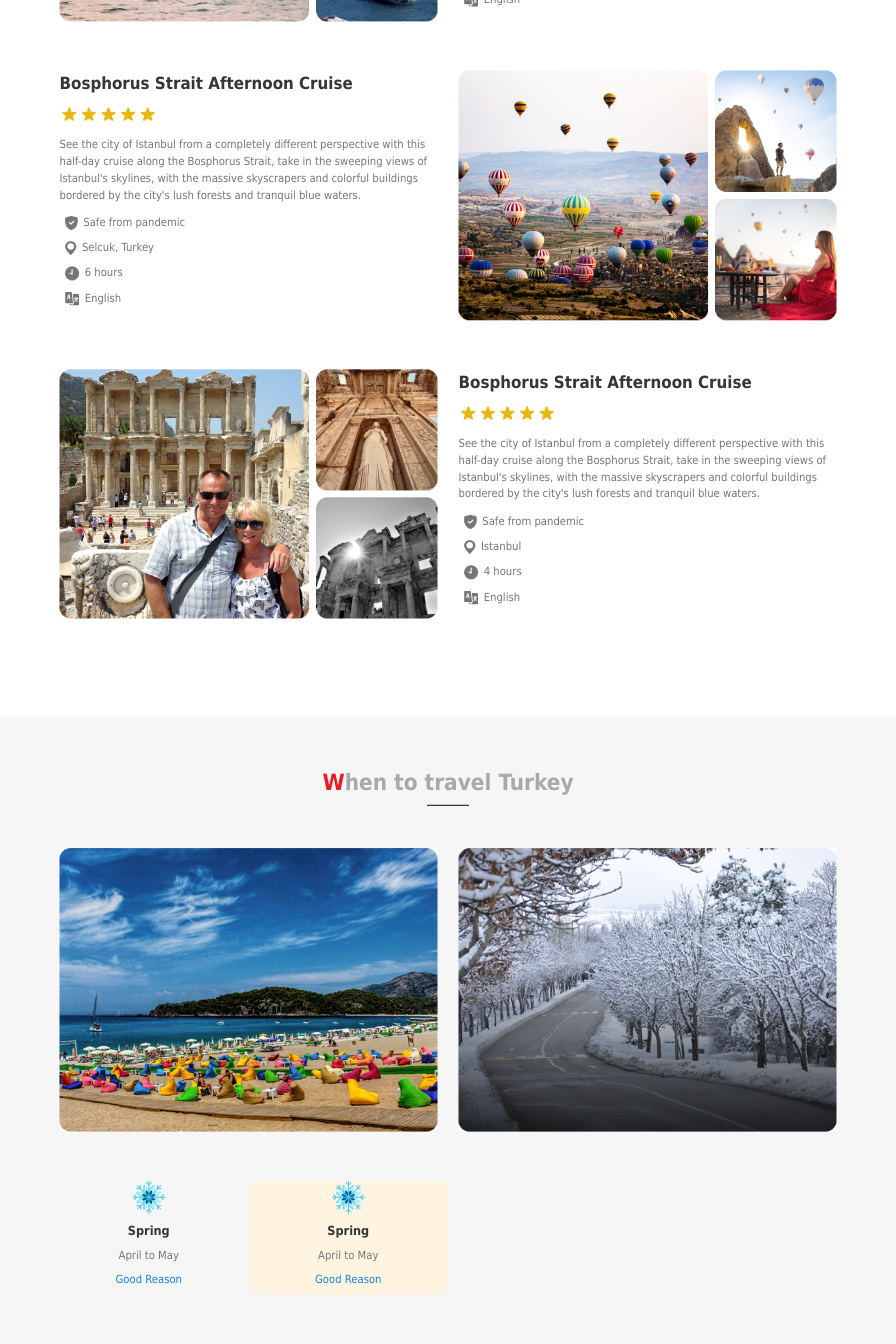
Repository: cvminhquan/turkey
Page: index.html
The author's editor kept a copy of each file at every save. The page is drawn from the files as they stood at one save, then again after the next save.
The browser window is 1280 px wide. The pictures show the part of the page from y = 1841 to 3761 px (the page is 3761 px tall), at 70% of full size.
The style sheet was rebuilt from its Sass, Less or Tailwind sources for each picture, by a compiler version that may differ from the author's.

Above is the page before, as saved 2022-09-15 19:58:10.

After the next save:
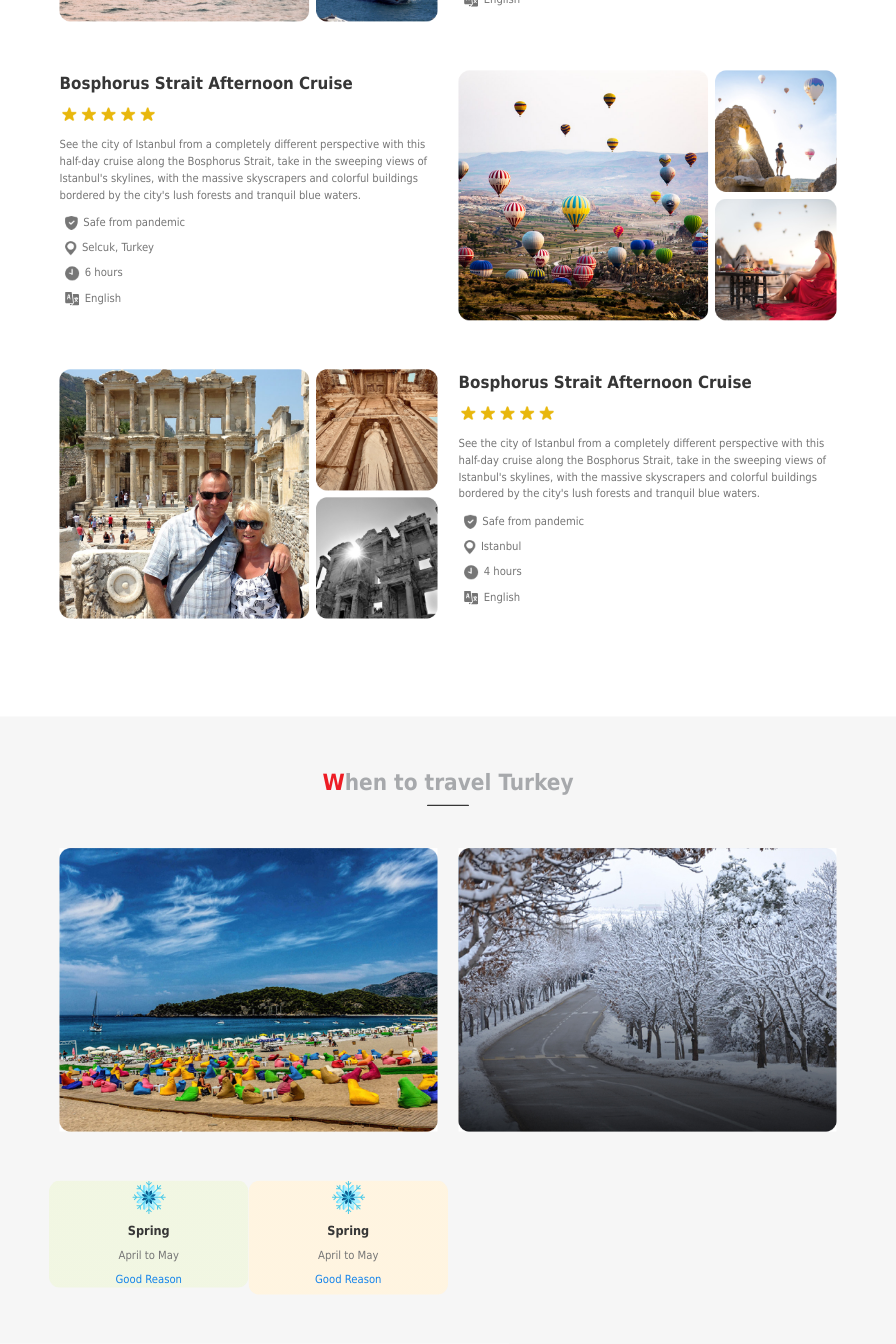
Saved 8 s later.
--- a/index.html
+++ b/index.html
@@ -193,13 +193,14 @@
                 </div> -->
                 <div class="row">
                     <div class="col-3 text-center px-0">
-                        <div class="bg-spring"></div>
-                        <p class=" bdr text-center "><img src="./images/icon-snow.svg " alt=" "></p>
-                        <h2>Spring</h2>
-                        <p>
-                            <h3 class="text-month ">April to May</h3>
-                        </p>
-                        <p class="text-status ">Good Reason</p>
+                        <div class="bg-spring">
+                            <p class=" bdr text-center "><img src="./images/icon-snow.svg " alt=" "></p>
+                            <h2>Spring</h2>
+                            <p>
+                                <h3 class="text-month ">April to May</h3>
+                            </p>
+                            <p class="text-status ">Good Reason</p>
+                        </div>
                     </div>
                     <div class="col-3 text-center bg-summer">
                         <p class=" bdr text-center "><img src="./images/icon-snow.svg " alt=" "></p>
